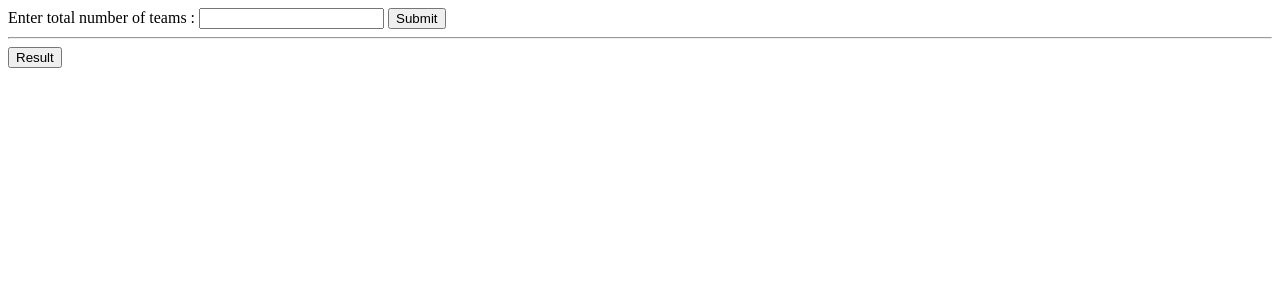
Repository: seleco29/Random-Team-Matcher-Servlet-Jsp
Page: http://localhost/Random_Team_Matcher_v2.0/
An editor plug-in stored every save of this project. The page is shown before and after the next save, followed by the edit.
The browser window is 1280 px wide. The pictures show the whole page.
The page is served by Tomcat 9. Other server files are loaded and not shown.

Above is the page before, as saved 2023-01-19 10:09:14.

### Random Team Matcher v2.0/src/main/webapp/index.jsp
<%@ page language="java" contentType="text/html; charset=UTF-8"
    pageEncoding="UTF-8"%>
    <%@ taglib prefix = "c" uri = "http://java.sun.com/jsp/jstl/core" %>
<!DOCTYPE html>
<html>
<head>
<meta charset="UTF-8">
<title>Home Page</title>
</head>
<body>
<form action="index.jsp" target="_self">
Enter total number of teams : <input type="number" name="totalTeams">
<input type="submit" value="Submit">
</form>
<hr/>
<form action="<%=request.getContextPath()%>/home">
<c:forEach begin="1" end="${param.totalTeams}">
Enter Team Name : <input type="text" name="team">
<br/>
</c:forEach>
<input type="submit" value="Result">
</form>
</body>
</html>

After the next save:
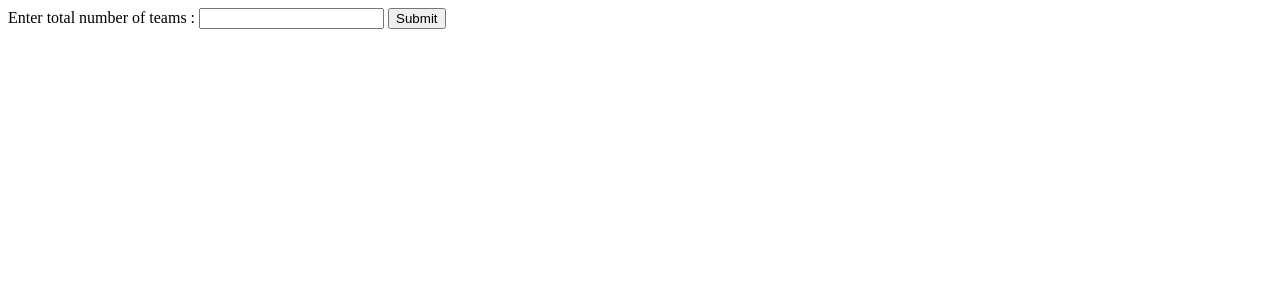
Saved 19 s later.
--- a/Random Team Matcher v2.0/src/main/webapp/index.jsp
+++ b/Random Team Matcher v2.0/src/main/webapp/index.jsp
@@ -12,13 +12,5 @@
 Enter total number of teams : <input type="number" name="totalTeams">
 <input type="submit" value="Submit">
 </form>
-<hr/>
-<form action="<%=request.getContextPath()%>/home">
-<c:forEach begin="1" end="${param.totalTeams}">
-Enter Team Name : <input type="text" name="team">
-<br/>
-</c:forEach>
-<input type="submit" value="Result">
-</form>
 </body>
 </html>
